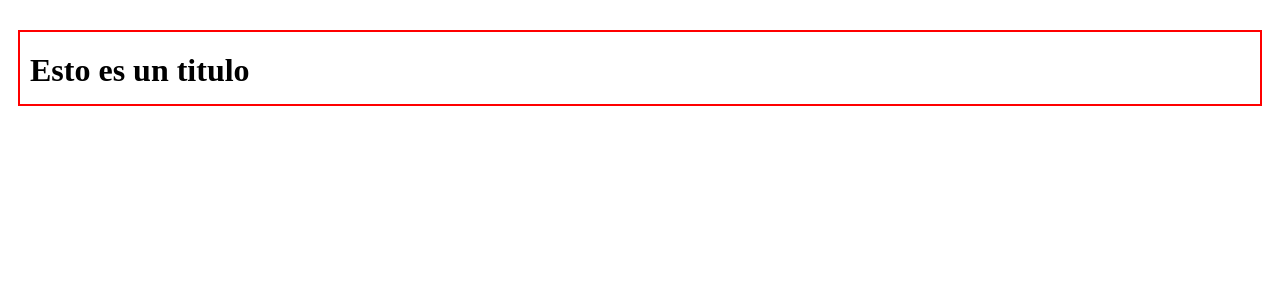
Repository: PabloSebastianPorto/Entrega-CV-1-ARG-PROG
Page: css.html
The author's editor kept a copy of each file at every save. The page is drawn from the files as they stood at one save, then again after the next save.
The browser window is 1280 px wide. The pictures show the whole page.

Above is the page before, as saved 2023-01-16 09:41:03.

### css.html
<!DOCTYPE html>
<html lang="es">
  <head>
    <meta charset="UTF-8" />
    <meta http-equiv="X-UA-Compatible" content="IE=edge" />
    <meta name="viewport" content="width=device-width, initial-scale=1.0" />
    <title>CSS Ejemplo</title>
    <link rel="stylesheet" href="css/Styles.css" />
  </head>
  <body>
    <h1>Esto es un titulo</h1>
  </body>
</html>

### CSS/Styles.css
p {
  color: red;
  width: 300px;
}
/**
Esto es un comentario dentro de un documento de CSS
*/

h1 {
  border: 2px solid red;
  padding: 5px;
  margin-top: 30px;
  margin-bottom: 20px;
  margin-left: 10px;
  margin-right: 10px;
  padding-top: 20px;
  padding-bottom: 15px;
  padding-left: 10px;
  padding-right: 10px;
}

After the next save:
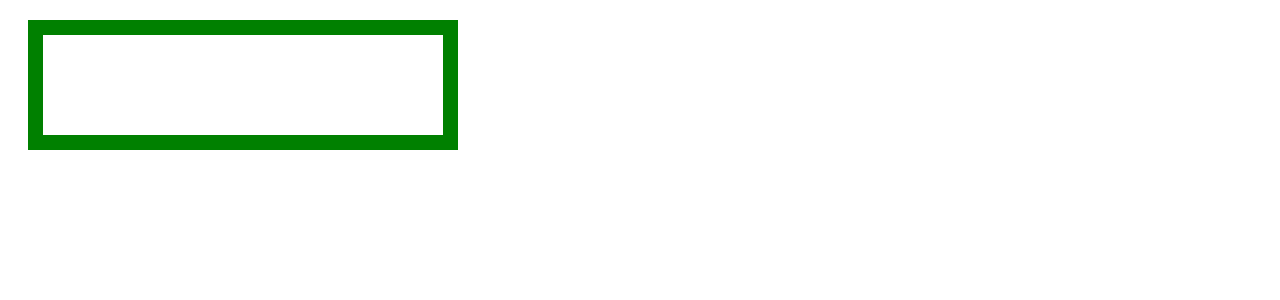
Saved 7 min 15 s later.
--- a/css.html
+++ b/css.html
@@ -8,6 +8,6 @@
     <link rel="stylesheet" href="css/Styles.css" />
   </head>
   <body>
-    <h1>Esto es un titulo</h1>
+    <section></section>
   </body>
 </html>
--- a/CSS/Styles.css
+++ b/CSS/Styles.css
@@ -18,3 +18,10 @@
   padding-left: 10px;
   padding-right: 10px;
 }
+
+section {
+  width: 300px;
+  border: 15px solid green;
+  padding: 50px;
+  margin: 20px;
+}
